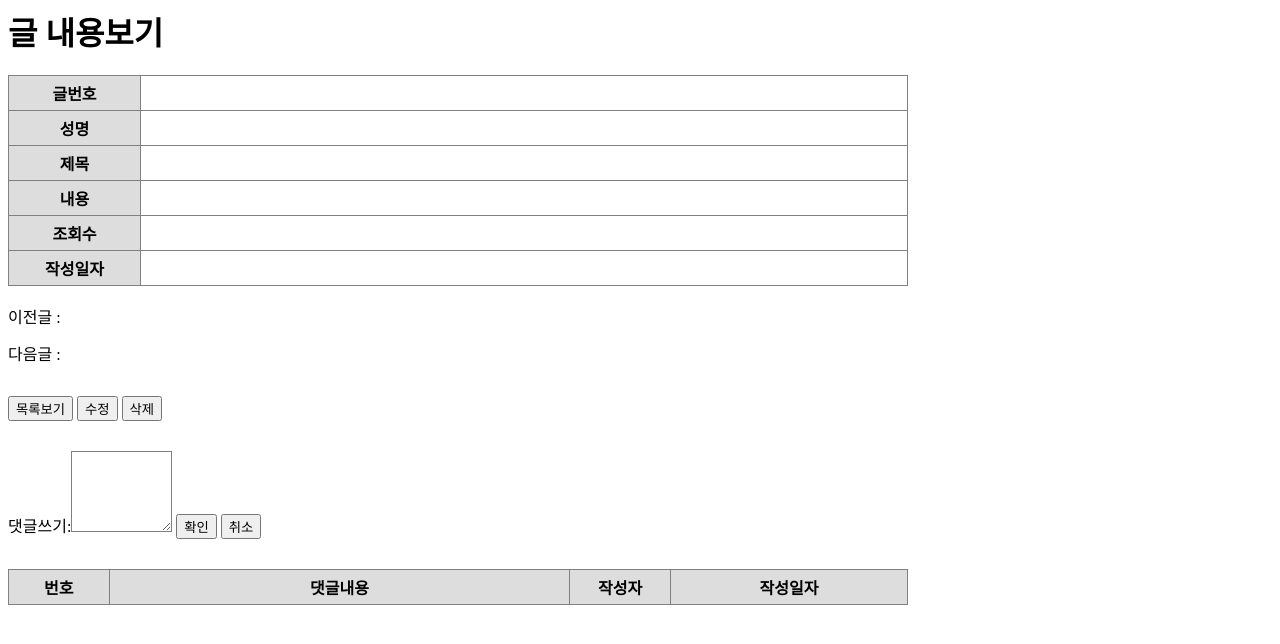
Repository: gold37/Spring
Page: http://localhost/Board/WEB-INF/views/tiles1/board/view.jsp
These files come from the project's save history. The page is drawn as it stood at one moment and after the next save; the edit follows.
The browser window is 1280 px wide. The pictures show the whole page.
The page is served by Tomcat 9. Nobody is signed in. Other server files are loaded and not shown. The template is opened directly, without the code that normally fills it, so the values that code supplies are empty.

Above is the page before, as saved 2020-07-17 06:47:32.
Console error: ReferenceError: $ is not defined

### springworkspace/Board/src/main/webapp/WEB-INF/views/tiles1/board/view.jsp
<%@ page language="java" contentType="text/html; charset=UTF-8"
    pageEncoding="UTF-8"%>

<%@ taglib prefix="c" uri="http://java.sun.com/jsp/jstl/core" %>

<style>

table, th, td, input, textarea {
	border: solid gray 1px;
}

#table, #table2 {
	border-collapse: collapse;
 	width: 900px;
}

#table th, #table td{padding: 5px;}
#table th{width: 120px; background-color: #DDDDDD;}
#table td{width: 750px;}
.long {width: 470px;}
.short {width: 120px;}

.move {cursor: pointer;}
.moveColor {font-weight: bold;}

a {text-decoration: none !important;}


</style>

<script type="text/javascript">

	$(document).ready(function(){

		$(".move").hover(function(){
						$(this).addClass("moveColor");
					},
					function(){
						$(this).removeClass("moveColor");
					});

	});


</script>


<div style="">
	<h1>글 내용보기</h1>

	<table id="table" style="word-wrap: break-word; table-layout: fixted;">
		<tr>
			<th>글번호</th>
			<td>${boardvo.seq}</td>
		</tr>
		<tr>
			<th>성명</th>
			<td>${boardvo.name}</td>
		</tr>
		<tr>
			<th>제목</th>
			<td>${boardvo.subject}</td>
		</tr>
		<tr>
			<th>내용</th>
			<td>
				<p style="word-break: break-all;">${boardvo.content}</p>
				<%--
					style="word-break: break-all; 은 공백없는 긴영문일 경우 width 크기를 뚫고 나오는 것을 막는 것임.
					그런데 style="word-break: break-all; 나 style="word-wrap: break-word; 은
			       	테이블태그의 <td>태그에는 안되고 <p> 나 <div> 태그안에서 적용되어지므로 <td>태그에서 적용하려면
			    	<table>태그속에 style="word-wrap: break-word; table-layout: fixed;" 을 주면 된다.
				--%>
			</td>
		</tr>
		<tr>
			<th>조회수</th>
			<td>${boardvo.readCount}</td>
		</tr>
		<tr>
			<th>작성일자</th>
			<td>${boardvo.regDate}</td>
		</tr>
	</table>

	<br/>

	<div style="margin-bottom: 1%;">이전글&nbsp;:&nbsp;<span class="move" onclick="javascript:location.href='view.action?seq=${boardvo.previousseq}'">${boardvo.previoussubject}</span></div>
	<div style="margin-bottom: 1%;">다음글&nbsp;:&nbsp;<span class="move" onclick="javascript:location.href='view.action?seq=${boardvo.nextseq}'">${boardvo.nextsubject}</span></div>

	<br/>

	<button type="button" onclick="javascript:location.href='list.action'" >목록보기</button>
	<button type="button" onclick="javascript:location.href='edit.action?seq=${boardvo.seq}'" >수정</button>
	<button type="button" onclick="javascript:location.href='delete.action?seq=${boardvo.seq}'" >삭제</button>


	<div style="margin-top: 30px;">
		댓글쓰기:<textarea rows="5" cols="10"></textarea>
		<button>확인</button>
		<button>취소</button>
	</div>

	<table id="table" style="margin-top: 30px;">
		<tr>
			<th style="width: 70px;  text-align: center;">번호</th>
			<th style="width: 360px; text-align: center;">댓글내용</th>
			<th style="width: 70px;  text-align: center;">작성자</th>
			<th style="width: 180px; text-align: center;">작성일자</th>
		</tr>
		<c:forEach var="boardvo" items="${boardList}" varStatus="status">
			<tr>
				<td align="center">${boardvo.seq}</td>
				<td align="left">
					<span class="subject" onclick="goView('${boardvo.seq}')">${boardvo.subject}</span>
				</td>
				<td align="center">${boardvo.content}</td>
				<td align="center">${boardvo.name}</td>
				<td align="center">${boardvo.regDate}</td>
		</c:forEach>
	</table>

</div>

After the next save:
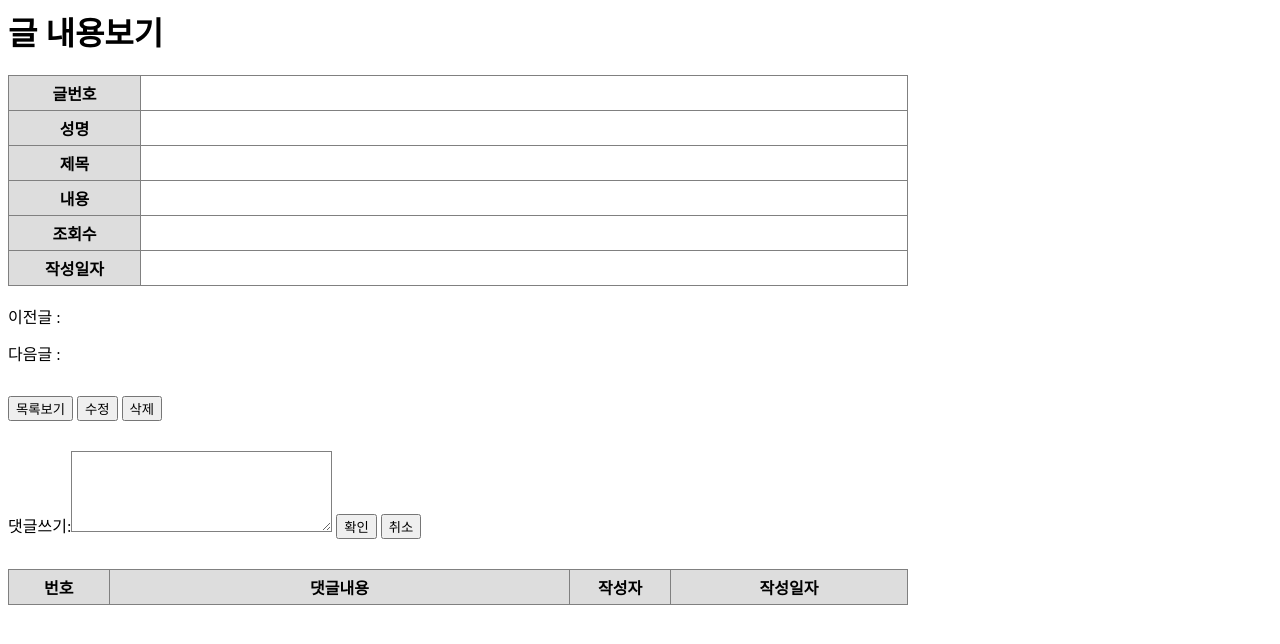
Saved 8 s later.
--- a/springworkspace/Board/src/main/webapp/WEB-INF/views/tiles1/board/view.jsp
+++ b/springworkspace/Board/src/main/webapp/WEB-INF/views/tiles1/board/view.jsp
@@ -96,7 +96,7 @@ a {text-decoration: none !important;}
 
 
 	<div style="margin-top: 30px;">
-		댓글쓰기:<textarea rows="5" cols="10"></textarea>
+		댓글쓰기:<textarea rows="5" cols="30"></textarea>
 		<button>확인</button>
 		<button>취소</button>
 	</div>
